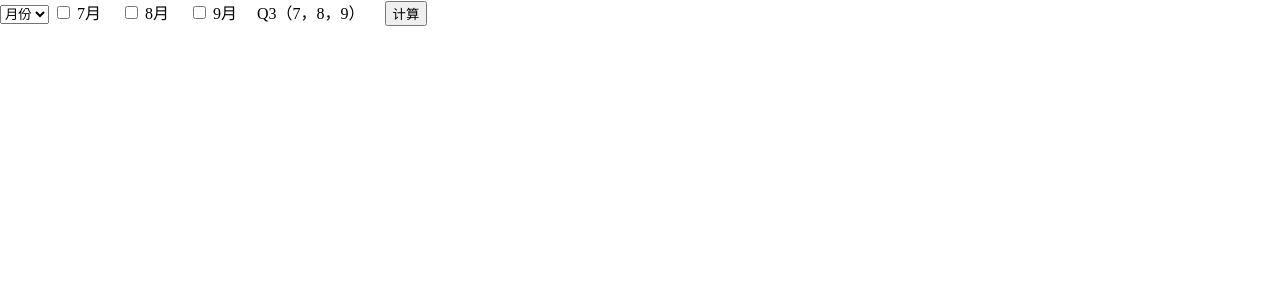
Repository: laiwenfeng/Luosu
Page: app/view/monthdata.html
An editor plug-in stored every save of this project. The page is shown before and after the next save, followed by the edit.
The browser window is 1280 px wide. The pictures show the whole page.

Above is the page before, as saved 2020-10-10 09:38:58.

### app/view/monthdata.html
<!-- app/view/monthdata.html -->
<html>

    <head>
        <title>monthdata.html</title>
        <style>
            html,
            body {
                width: 100%;
                margin: 0%;
                padding: 0%;
            }
        </style>
    </head>
    <script src="../public/js/jQuery/jquery.min.js"></script>

    <body>
        <div>
            <select id="datetype">
                <option value="month">月份</option>
                <option value="season">季度</option>
            </select>
            <input id="month7" name="month" type="checkbox" value="7" />
            <label for="month7">7月</label>&nbsp;&nbsp;&nbsp;&nbsp;
            <input id="month8" name="month" type="checkbox" value="8" />
            <label for="month8">8月</label>&nbsp;&nbsp;&nbsp;&nbsp;
            <input id="month9" name="month" type="checkbox" value="9" />
            <label for="month9">9月</label>&nbsp;&nbsp;&nbsp;&nbsp;
            <input id="season3" name="season" type="checkbox" value="7,8,9" hidden/>
            <label for="month9">Q3（7，8，9）</label>&nbsp;&nbsp;&nbsp;&nbsp;
            <button onclick="Monthdata()">计算</button>
        </div>
        <div id="monthdata"></div>
    </body>

</html>
<script type="text/javascript">
    // 封装获取 cookie 的方法
    function getCookie(name) {
        var arr, reg = new RegExp("(^| )" + name + "=([^;]*)(;|$)");
        if (arr = document.cookie.match(reg))
            return unescape(arr[2]);
        else
            return null;
    }

    function Monthdata() {
        let month = []
        $("input[name=month]:checked").each(function () {
            month.push(this.value)
        })

        $.ajax({
            url: '/monthdata/monthdata',
            type: 'get',
            data: { "months": month.join(",") },
            headers: {
                // 前后端不分离的情况加每次打开客户端，egg会直接在客户端的 Cookie 中写入密钥 ，密钥的 Key 就是 'scrfToken' 这个字段，所以直接获取就好了
                'x-csrf-luosu-token': getCookie("csrfToken"),
            },
            dataType: "json",
            success: ShowTimeList
        })
    }


    function ShowTimeList(finaldata){
        let SendData = SendDataInit(finaldata)
        document.getElementById('monthdata').innerHTML = SendData["html"]
    }


    function SendDataInit(grlist) {
        const PersonFilter = ["张思轶", "高进", "褚锦涛", "陈敬波", "蒋超"]

        let deptObj = {
            "前端开发组": "技术开发部",
            "服务开发组": "技术开发部",
            "架构组": "技术开发部",
            "测试组": "运维测试部"
        }

        let tempAry = []
        for (let i in grlist) {
            let { name } = grlist[i]
            if (PersonFilter.indexOf(name) == -1) {
                tempAry.push(grlist[i])
            }
        }

        tempAry.sort(function (a, b) {
            let ace = parseFloat(a["cehstime"]), bce = parseFloat(b["cehstime"])
            if (ace >= bce) {
                return -1
            }
            return 1
        })

        let alltime = 0, jstime = 0, cstime = 0, alltemp = 0, jstemp = 0, cstemp = 0, allrank = 1, jsrank = 1, csrank = 1
        let table = "<table id='tablestyle'>"
            + "<tr class='header'><td><b>责任人</b></td><td><b>核算工时</b></td><td><b>标准工时</b></td><td><b>个人超额工时</b></td><td><b>全体排名(个人)</b></td><td><b>部门排名(个人)</b></td><td><b>备注(个人)</b></td><td><b>超额工时(团队)</b></td><td><b>超额工时(个人+团队)</b></td></tr>"

        for (let i in tempAry) {
            let cehstime = parseFloat(tempAry[i]["cehstime"])
            let bztime = parseFloat(tempAry[i]["bztime"])
            let dept = tempAry[i]["dept"]
            let cepercent = cehstime * 100 / bztime

            if (alltime != cehstime) {
                alltime = cehstime
                allrank += alltemp
                alltemp = 1
            }
            else {
                alltemp++
            }
            if (deptObj[dept] == "技术开发部") {
                if (jstime != cehstime) {
                    jstime = cehstime
                    jsrank += jstemp
                    jstemp = 1
                }
                else {
                    jstemp++
                }
            }
            else if (deptObj[dept] == "运维测试部") {
                if (cstime != cehstime) {
                    cstime = cehstime
                    csrank += cstemp
                    cstemp = 1
                }
                else {
                    cstemp++
                }
            }

            tempAry[i]['rank'] = allrank
            tempAry[i]['deptrank'] = deptObj[dept] == "技术开发部" ? jsrank : csrank

            let remark = ""
            if (cepercent <= -5) {
                remark = "亲爱的小伙伴，你上周的工时未达标，可以联系你的小组长申请额外任务哦！"
            }
            else if (cepercent > -5 && cepercent < 0) {
                remark = "亲爱的小伙伴，你上周的工时未达标，这周还需加油工作才可以拿到奖励哦！"
            }
            else if (cepercent == 0) {
                remark = "亲爱的小伙伴，你上周的工时刚刚好达标，继续努力工作就可以拿到额外奖励哦！"
            }
            else if (cepercent > 0 && cepercent < 5) {
                remark = "亲爱的小伙伴，做得不错！你上周的工时已超额，祝贺你拿到额外奖励，新的一周继续努力吧！"
            }
            else if (cepercent >= 5 && cepercent < 10) {
                remark = "亲爱的小伙伴，做得不错！你上周的工时超额大于等于5%，丰厚的额外奖励在等着你！继续加油！"
            }
            else if (cepercent >= 10 && cepercent < 15) {
                let rankremark = "名列团队辛勤榜前茅"
                if (allrank == 1) {
                    rankremark = "荣登团队辛勤榜榜首"
                }
                remark = "亲爱的小伙伴，你辛苦了！你上周的工时超额大于等于10%，" + rankremark + "，即将收获属于自己的丰厚奖励！继续加油！"
            }
            else if (cepercent >= 15) {
                let rankremark = "名列团队辛勤榜前茅"
                if (allrank == 1) {
                    rankremark = "荣登团队辛勤榜榜首"
                }
                remark = "亲爱的小伙伴，你辛苦了！你上周的工时超额大于等于15%，" + rankremark + "，即将收获属于自己的丰厚奖励！继续加油！"
            }

            tempAry[i]['remark'] = remark

            table += "<tr><td>" + tempAry[i]["name"] + "</td><td>" + tempAry[i]["hstime"] + "</td><td>" + tempAry[i]["bztime"] + "</td><td>" + tempAry[i]["cehstime"]
                + "</td><td>" + tempAry[i]["rank"] + "</td><td>" + tempAry[i]["deptrank"] + "</td><td>" + tempAry[i]["remark"] + "</td><td>" + tempAry[i]["teamtime"]
                + "</td><td>" + tempAry[i]["cehstimetotal"] + "</td></tr>"
        }
        table += "</table>"

        return { "html": table, "grlist": tempAry }
    }
</script>

Loaded but not shown: app/public/js/jQuery/jquery.min.js (library)

After the next save:
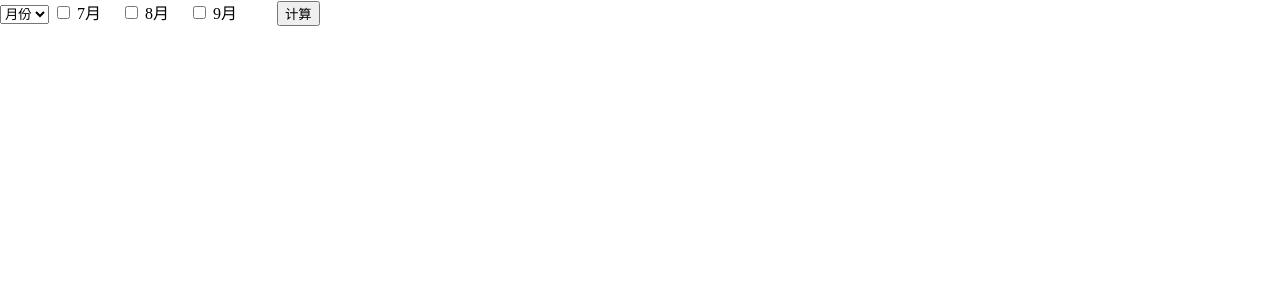
Saved 22 s later.
--- a/app/view/monthdata.html
+++ b/app/view/monthdata.html
@@ -27,7 +27,7 @@
             <input id="month9" name="month" type="checkbox" value="9" />
             <label for="month9">9月</label>&nbsp;&nbsp;&nbsp;&nbsp;
             <input id="season3" name="season" type="checkbox" value="7,8,9" hidden/>
-            <label for="month9">Q3（7，8，9）</label>&nbsp;&nbsp;&nbsp;&nbsp;
+            <label for="month9" hidden>Q3（7，8，9）</label>&nbsp;&nbsp;&nbsp;&nbsp;
             <button onclick="Monthdata()">计算</button>
         </div>
         <div id="monthdata"></div>
